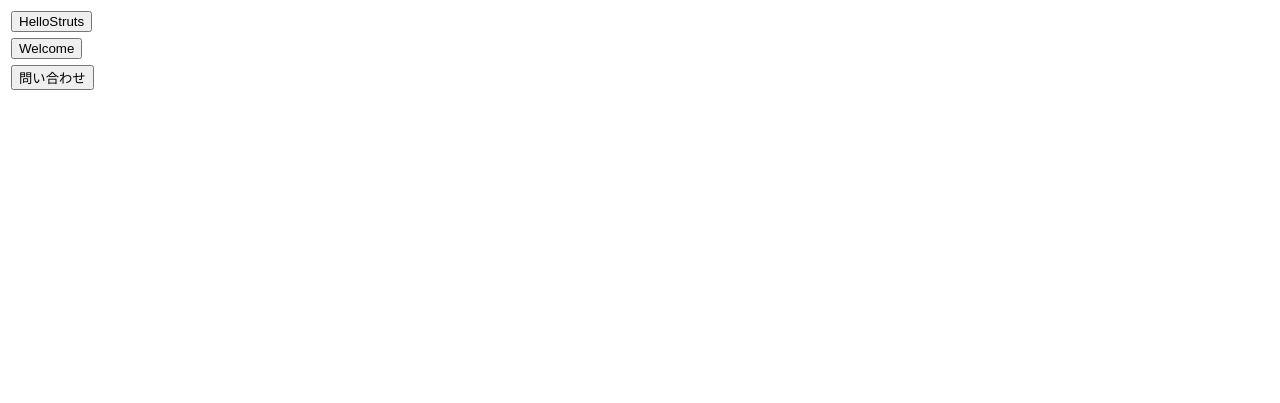
Repository: kazuki000/test
Page: http://localhost/WebProj3/
These files come from the project's save history. The page is drawn as it stood at one moment and after the next save; the edit follows.
The browser window is 1280 px wide. The pictures show the whole page.
The page is served by Tomcat 9.

Above is the page before, as saved 2019-03-22 12:33:22.

After the next save:
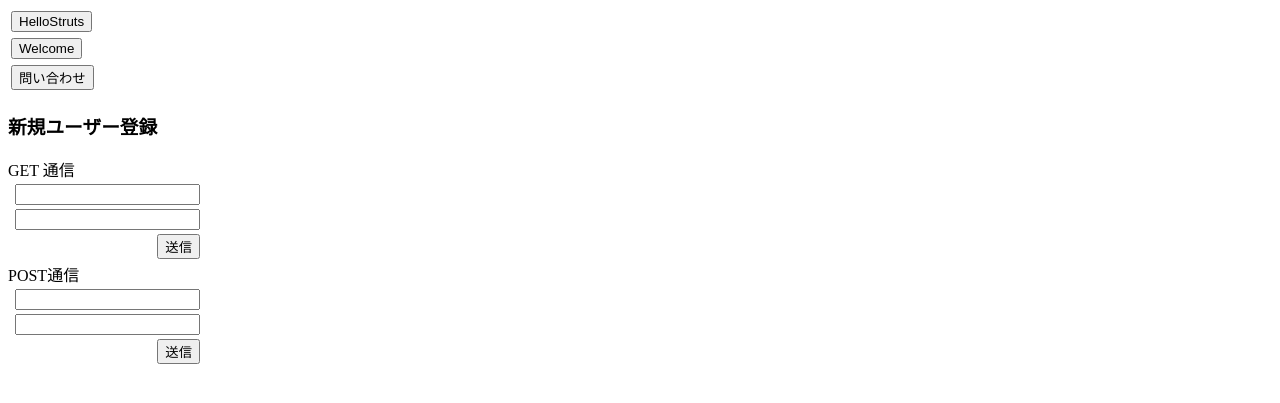
Saved 5 h 6 min later.
--- a/WebProj3/WebContent/index.jsp
+++ b/WebProj3/WebContent/index.jsp
@@ -21,5 +21,21 @@
    <s:submit value="問い合わせ"/>
    </s:form>
 
+  <h3>新規ユーザー登録</h3>
+  GET 通信
+  <s:form method="get" action="TestAction">
+  <s:textfield name="username"/>
+  <s:password name="password"/>
+  <s:submit value="送信"/>
+  </s:form>
+
+  POST通信
+  <s:form method="post" name="TestAction">
+  <s:textfield name="username"/>
+  <s:password name="password"/>
+  <s:submit value="送信"/>
+  </s:form>
+
+
 </body>
 </html>
